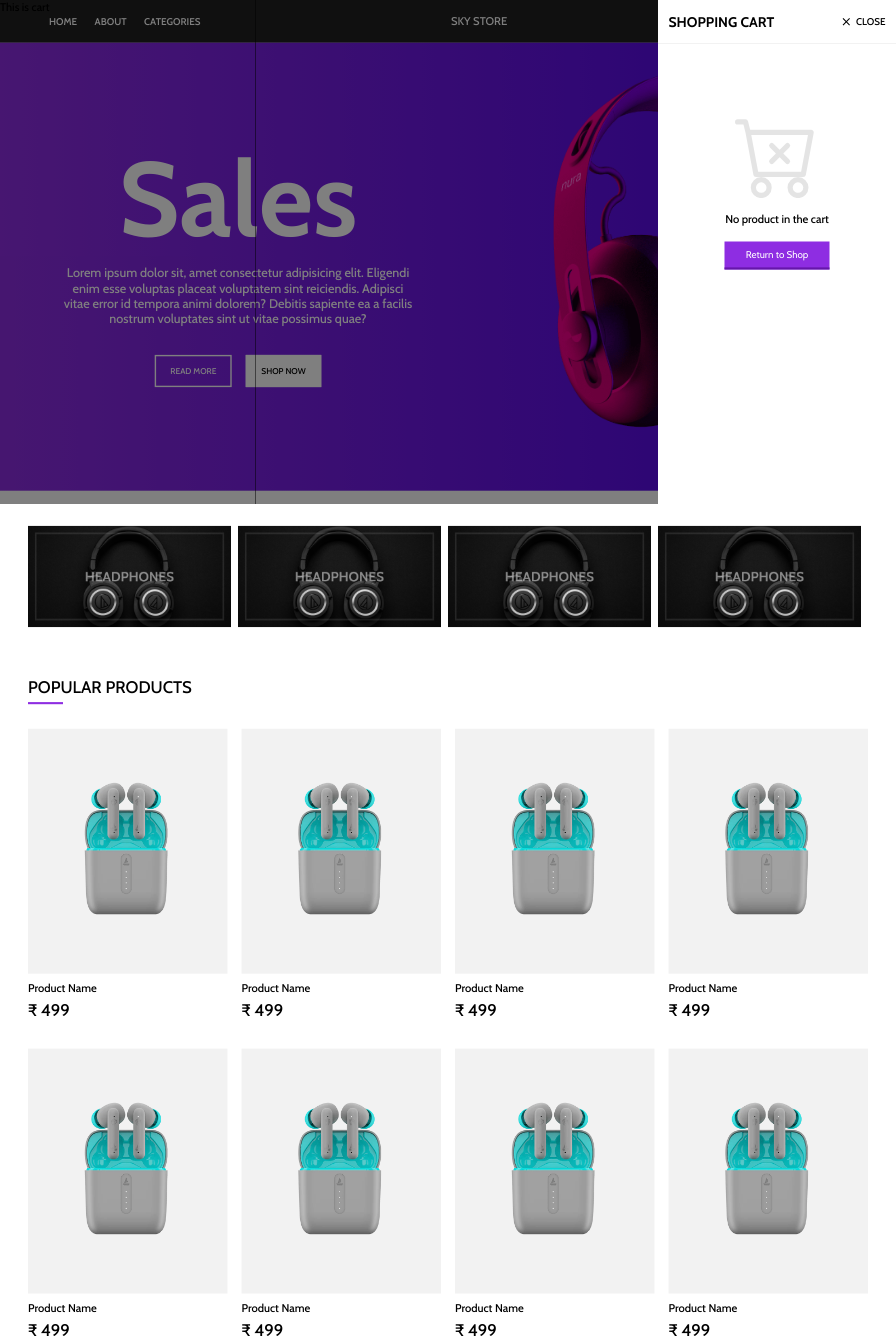
Repository: suraj-yadav7/ecommerce
Page: /, after clicking the first element matching `span.cart-icon`
An editor plug-in stored every save of this project. The page is shown before and after the next save, followed by the edit.
The browser window is 1280 px wide. The pictures show the part of the page from y = 0 to 1920 px (the page is 2815 px tall), at 70% of full size.
The project was rebuilt for these pictures with package versions that can differ from the ones it lists, and the page was loaded fresh each time. Also part of the build but not shown: src/components/Category/Category.scss, src/components/Category/Category.jsx, src/components/SingleProduct/RelatedProducts/RelatedProducts.jsx, src/components/SingleProduct/SingleProduct.scss, src/components/SingleProduct/SingleProduct.jsx, src/App.scss, src/components/Header/Search/Search.scss, src/components/Header/Search/Search.jsx and 1 more.

Above is the page before, as saved 2023-06-23 22:49:23.

After the next save:
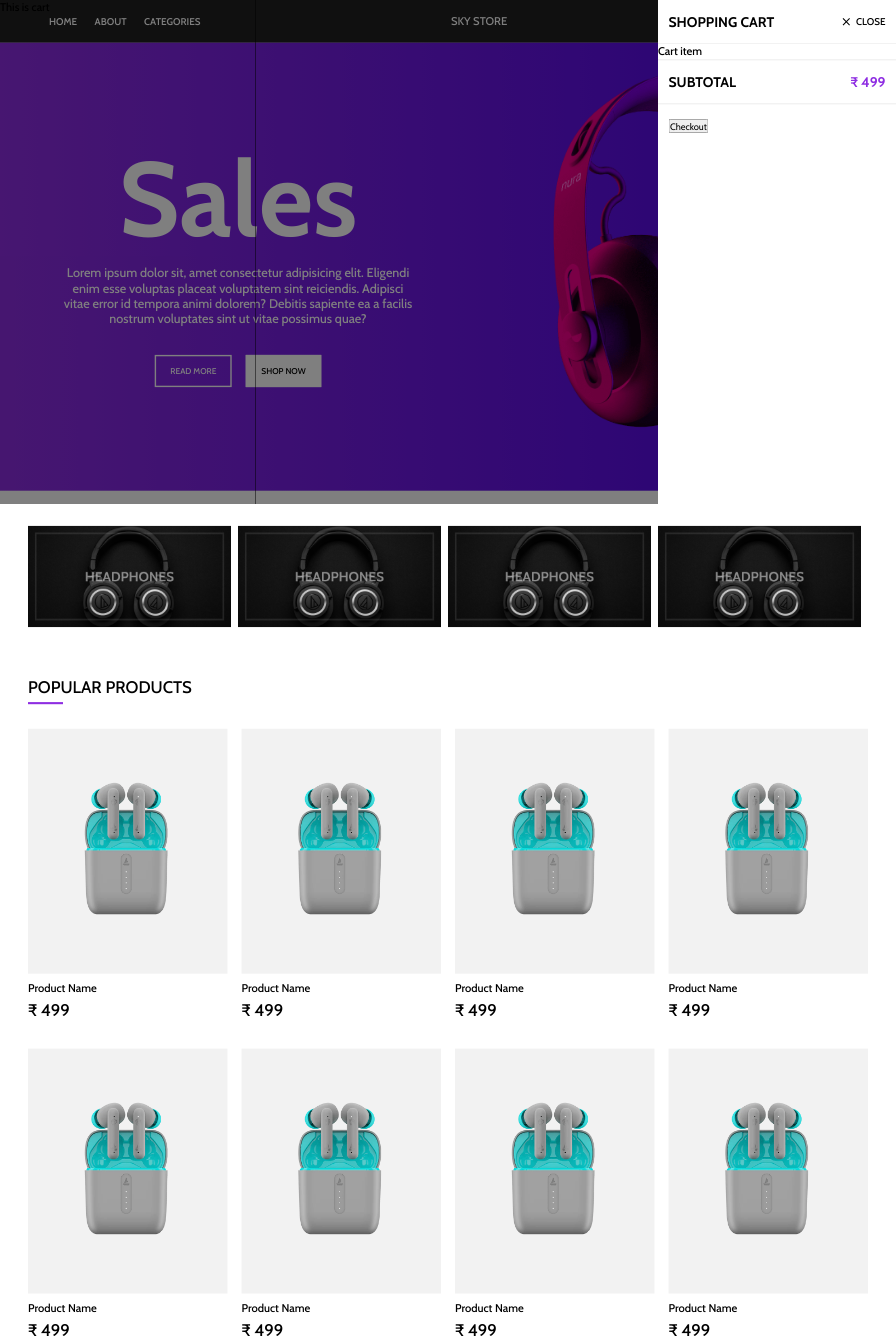
Saved 6 min 35 s later.
--- a/src/components/Cart/Cart.jsx
+++ b/src/components/Cart/Cart.jsx
@@ -1,6 +1,7 @@
 import React from "react";
 import {MdClose} from "react-icons/md"
 import {BsCartX} from "react-icons/bs"
+import CartItem from "./CartItem/CartItem"
 import "./Cart.scss";
 
 const Cart = ({setshowcart}) => {
@@ -16,11 +17,23 @@
                         <span className="text">Close</span>
                         </span>
                 </div>
-                <div className="empty-cart">
+                {/* <div className="empty-cart">
                     <BsCartX />
                     <span >No product in the cart</span>
                     <button className="return-cta">Return to Shop</button>
-                </div>
+                </div> */}
+                <>
+                    <CartItem />
+                    <div className="cart-footer">
+                        <div className="subtotal">
+                            <span className="text">Subtotal</span>
+                            <span className="text total"> &#8377; 499</span>
+                        </div>
+                        <div className="button">
+                            <button className="checkout-btn">Checkout</button>
+                        </div>
+                    </div>
+                </>
             </div>
         </div>
         </>
